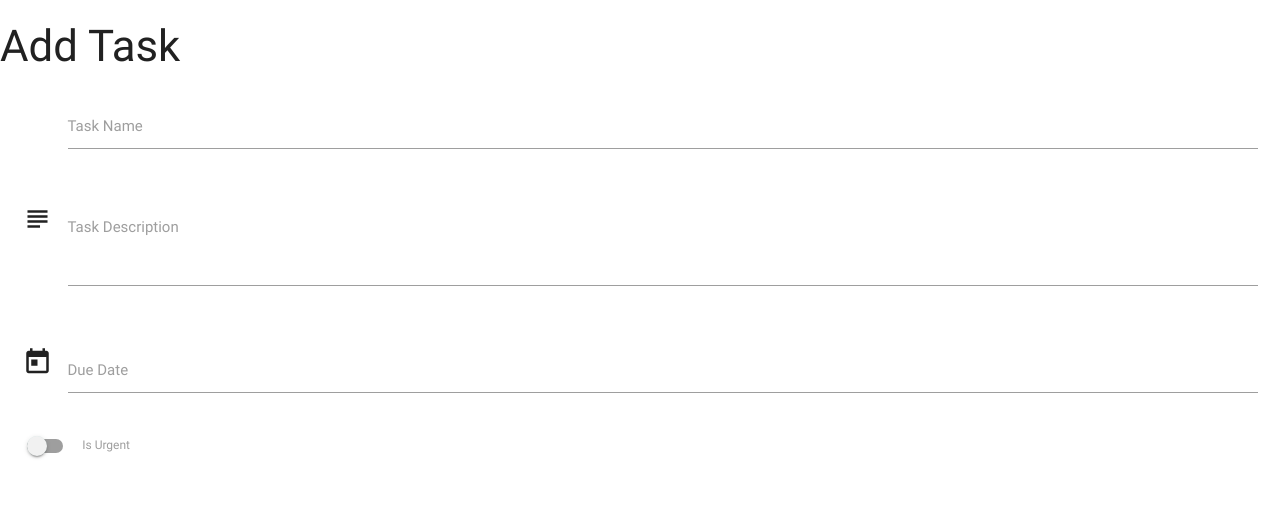
Repository: Debbiepimpo/python-miniproject
Page: http://localhost/add_task
The author's editor kept a record of every edit. The page is drawn from the files as they stood at one moment, then again after the next edit.
The browser window is 1280 px wide. The pictures show the whole page.
Some web libraries are served in a nearby version. The page is served by the project's application, run on Flask 3 (app.py). Queries for data that is not in the repository find no rows.

Above is the page before.
Console error: TypeError: $(...).formSelect is not a function

### templates/addtasks.html
{% extends 'base.html' %} {% block content %}

<h3>Add Task</h3>
<div class="row">
    <form action="" method="POST" class="col s12">
        <div class="row">
            <div class="input-field col s12">
                <i class="material-icons prefix">assigment</i>
                <input id="task_name" name="task_name" type="text" class="validate">
                <label for="icon_prefix">Task Name</label>
            </div>
        </div>
        <div class="row">
            <div class="input-field col s12">
                <i class="material-icons prefix">subject</i>
                <textarea type="textarea" name="task_description" id="task_description" class="materialize-textarea"></textarea>
                <label for="icon_telephone">Task Description</label>
            </div>
        </div>
        <div class="row">
            <div class="input-field col s12">
                <i class="material-icons prefix">today</i>
                 <input id="matfix" name="due_date" type="text" class="datepicker">
                <label for="icon_prefix">Due Date</label>
            </div>
        </div>
        <div class="row">
            <div class="switch">
                <label>
                  <input id="is_urgent" name="is_urgent" type="checkbox">
                  <span class="lever"></span>
                  Is Urgent
                </label>
            </div>
        </div>
    </form>
</div>


{% endblock %}

### templates/base.html
<!DOCTYPE html>
<html lang="en">

<head>
    <meta charset="UTF-8">
    <meta name="viewport" content="width=device-width, initial-scale=1.0">
    <meta http-equiv="X-UA-Compatible" content="ie=edge">
    <link href="https://fonts.googleapis.com/icon?family=Material+Icons" rel="stylesheet">
    <link rel="stylesheet" href="https://cdnjs.cloudflare.com/ajax/libs/materialize/0.100.2/css/materialize.min.css">
    <title>Task Manager</title>
</head>

<body>
    {% block content %} {% endblock %}
    <script src="https://cdnjs.cloudflare.com/ajax/libs/jquery/3.2.1/jquery.min.js"></script>
    <script src="https://cdnjs.cloudflare.com/ajax/libs/materialize/0.100.2/js/materialize.min.js"></script>
    <script type="text/javascript">
        $(document).ready(function(){
            $('.collapsible').collapsible();
            $('select').formSelect();
            $('.datepicker').datepicker();
        });
        document.getElementById("matfix").addEventListener("click", function(e) {
            e.stopPropagation();
        });
    </script>


</body>

</html>

### app.py
import os
from flask import Flask, render_template, redirect, request, url_for
from flask_pymongo import PyMongo
from bson.objectid import ObjectId

app = Flask(__name__)
app.config["MONGO_DBNAME"] = 'task-manager'
app.config["MONGO_URI"] = os.getenv('MONGO_URI')

mongo = PyMongo(app)


@app.route('/')
@app.route('/get_tasks')
def get_tasks():
    return render_template("tasks.html",
    tasks=mongo.db.tasks.find())

@app.route('/add_task')
def add_task():
    return render_template("addtasks.html",
    categories=mongo.db.categories.find())

@app.route('/insert_task', methods=["POST"])
def insert_task():
    tasks=mongo.db.tasks
    tasks.insert_one(request.form.to_dict())
    return redirect(url_for('get_tasks'))



if __name__ == '__main__':
    app.run(host=os.environ.get('IP'),
            port=int(os.environ.get('PORT')),
            debug=True)

After the next edit:
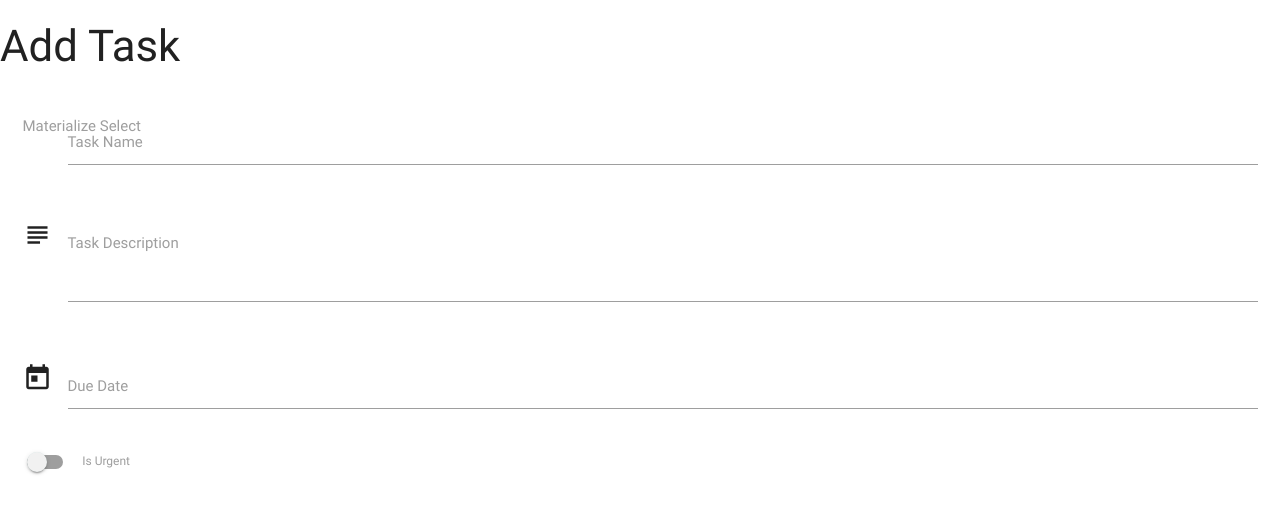
The edit:
--- a/templates/addtasks.html
+++ b/templates/addtasks.html
@@ -3,6 +3,16 @@
 <h3>Add Task</h3>
 <div class="row">
     <form action="" method="POST" class="col s12">
+        <div class="row">
+         <div class="input-field col s12">
+    <select>
+      <option value="" disabled selected>Choose your option</option>
+      <option value="1">Option 1</option>
+      <option value="2">Option 2</option>
+      <option value="3">Option 3</option>
+    </select>
+    <label>Materialize Select</label>
+  </div>
         <div class="row">
             <div class="input-field col s12">
                 <i class="material-icons prefix">assigment</i>
